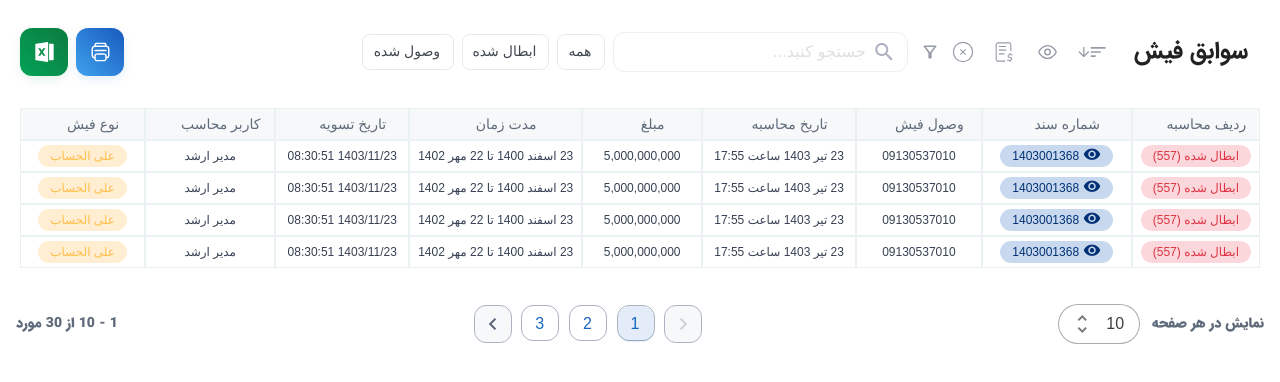
Repository: mobinazarein/data-table
Page: /
These files come from the project's save history. The page is drawn as it stood at one moment and after the next save; the edit follows.
The browser window is 1280 px wide. The pictures show the whole page.
Some web fonts or font styles are not loaded; a fallback is used. The project was rebuilt for these pictures with package versions that can differ from the ones it lists, and the page was loaded fresh each time. Also part of the build but not shown: vue.config.js.

Above is the page before, as saved 2025-03-26 10:02:33.

### public/index.html
<!DOCTYPE html>
<html lang="en" dir="rtl">
  <head>
    <meta charset="utf-8">
    <meta http-equiv="X-UA-Compatible" content="IE=edge">
    <meta name="viewport" content="width=device-width,initial-scale=1.0">
    <link rel="icon" href="<%= BASE_URL %>favicon.ico">
    <title><%= htmlWebpackPlugin.options.title %></title>
  </head>
  <body>
    <noscript>
      <strong>We're sorry but <%= htmlWebpackPlugin.options.title %> doesn't
        work properly without JavaScript enabled. Please enable it to
        continue.</strong>
    </noscript>
    <div id="app"></div>
    <!-- built files will be auto injected -->
  </body>
</html>

### src/App.vue
<template>
  <v-app dir="rtl">
    <v-locale-provider :rtl="true">
      <div dir="rtl">
        <DataTable :headers="pageData.headers" :items="pageData.items" :showExportButtons="true" :itemsPerPage="20"
          :showSearchBtn="true" :items-per-page="10" :customStyles="[
            { key: 'row', bgColor: '#FFEEF0', textColor: '#DC3545' },
            { key: 'documentNumber', bgColor: '#E4EFFF', textColor: '#013075', icon: 'mdi-eye', iconColor: '#013075', iconSize: '18px' },
            { key: 'receiptType', bgColor: '#FFBE4C26', textColor: '#FFBE4C' }
          ]" title="سوابق فیش" :iconComponent="'PauseIcon'" />
      </div>
    </v-locale-provider>
  </v-app>
</template>

<script setup>
import DataTable from './components/DataTable.vue';
import { ref } from 'vue';
const pageData = ref({
  headers: [
    { title: 'ردیف محاسبه', key: 'row', align: 'center', sortable: true, width: '121px' },
    { title: 'شماره سند', key: 'documentNumber', align: 'center', sortable: true, width: '165px' },
    { title: 'وصول فیش', key: 'receiptStatus', align: 'center', sortable: true, width: '139px' },
    { title: 'تاریخ محاسبه', key: 'calculationDate', align: 'center', sortable: true, width: '159px' },
    { title: 'مبلغ', key: 'amount', align: 'center', sortable: true, width: '139px' },
    { title: 'مدت زمان', key: 'duration', align: 'center', sortable: true, width: '165px' },
    { title: 'تاریخ تسویه', key: 'settlementDate', align: 'center', sortable: true, width: '139px' },
    { title: 'کاربر محاسب', key: 'user', align: 'center', sortable: true, width: '139px' },
    { title: 'نوع فیش', key: 'receiptType', align: 'center', sortable: true, width: '139px' }
  ],
  items: [
    {
      row: 'ابطال شده (557)',
      documentNumber: '1403001368',
      receiptStatus: '09130537010',
      calculationDate: '23 تیر 1403 ساعت 17:55',
      amount: '5,000,000,000',
      duration: '23 اسفند 1400 تا 22 مهر 1402',
      settlementDate: '1403/11/23 08:30:51',
      user: 'مدیر ارشد',
      receiptType: 'علی الحساب'
    },
    {
      row: 'ابطال شده (557)',
      documentNumber: '1403001368',
      receiptStatus: '09130537010',
      calculationDate: '23 تیر 1403 ساعت 17:55',
      amount: '5,000,000,000',
      duration: '23 اسفند 1400 تا 22 مهر 1402',
      settlementDate: '1403/11/23 08:30:51',
      user: 'مدیر ارشد',
      receiptType: 'علی الحساب'
    },
    {
      row: 'ابطال شده (557)',
      documentNumber: '1403001368',
      receiptStatus: '09130537010',
      calculationDate: '23 تیر 1403 ساعت 17:55',
      amount: '5,000,000,000',
      duration: '23 اسفند 1400 تا 22 مهر 1402',
      settlementDate: '1403/11/23 08:30:51',
      user: 'مدیر ارشد',
      receiptType: 'علی الحساب'
    }, {
      row: 'ابطال شده (557)',
      documentNumber: '1403001368',
      receiptStatus: '09130537010',
      calculationDate: '23 تیر 1403 ساعت 17:55',
      amount: '5,000,000,000',
      duration: '23 اسفند 1400 تا 22 مهر 1402',
      settlementDate: '1403/11/23 08:30:51',
      user: 'مدیر ارشد',
      receiptType: 'علی الحساب'
    }
  ]
}).value;
</script>
<style>
body {
  font-family: "IRANSans", sans-serif;
}
</style>

### src/assets/base.scss
// @import "./styles/fonts";

*,
*::before,
*::after {
  box-sizing: border-box;
  margin: 0;
  font-weight: normal;
  font-family: "IRANSans", sans-serif;
  letter-spacing: 0;
}

body {
  font-family: "IRANSans", sans-serif !important;
}
h1,
h2 {
  font-family: "IRANSans", sans-serif;
  font-weight: 700;
}
p {
  font-family: "IRANSans", sans-serif;
  font-weight: 400;
}

### src/assets/styles/_fonts.scss
@font-face {
  font-family: "IRANSans";
  src: url("/public/fonts/IRANSans.woff2") format("woff2");
  font-weight: 400;
  font-style: normal;
  font-display: swap;
}

@font-face {
  font-family: "IRANSans";
  src: url("/public/fonts/IRANSans_Black.woff2") format("woff2");
  font-weight: 500;
  font-style: normal;
  font-display: swap;
}

@font-face {
  font-family: "IRANSans";
  src: url("/public/fonts/IRANSans_Bold.woff2") format("woff2");
  font-weight: 800;
  font-style: normal;
  font-display: swap;
}

### src/assets/Icons/PaginationIcon.vue
<template>
    <svg width="36" height="48" viewBox="0 0 36 48" fill="none" xmlns="http://www.w3.org/2000/svg">
<path d="M9.79481 19.4529V28.5469M9.79481 28.5469L14.3418 23.9999M9.79481 28.5469L5.2478 23.9999" stroke="#969CA6" stroke-width="1.29915" stroke-linecap="round" stroke-linejoin="round"/>
<path d="M16.7693 28.9231H21.6924V27.282H16.7693V28.9231ZM16.7693 19.0769V20.7179H31.5385V19.0769H16.7693ZM16.7693 24.8205H26.6154V23.1795H16.7693V24.8205Z" fill="#969CA6"/>
</svg>
</template>

### src/assets/Icons/EyeIcon.vue
<template>
    <svg width="37" height="48" viewBox="0 0 37 48" fill="none" xmlns="http://www.w3.org/2000/svg">
<path d="M18.5 17.5833C21.4713 17.5833 24.0781 19.7396 25.7446 21.5522C26.4843 22.3568 26.8542 22.7591 26.979 23.5925C27.0096 23.7966 27.0096 24.2033 26.979 24.4073C26.8542 25.2407 26.4843 25.643 25.7446 26.4477C24.0781 28.2603 21.4713 30.4166 18.5 30.4166C15.5288 30.4166 12.922 28.2603 11.2555 26.4477C10.5158 25.643 10.1459 25.2407 10.0211 24.4073C9.99049 24.2033 9.99049 23.7966 10.0211 23.5925C10.1459 22.7591 10.5158 22.3568 11.2555 21.5522C12.922 19.7396 15.5288 17.5833 18.5 17.5833Z" stroke="#969CA6" stroke-width="1.375" stroke-linejoin="round"/>
<path d="M21.25 24C21.25 25.5188 20.0188 26.75 18.5 26.75C16.9812 26.75 15.75 25.5188 15.75 24C15.75 22.4812 16.9812 21.25 18.5 21.25C20.0188 21.25 21.25 22.4812 21.25 24Z" stroke="#969CA6" stroke-width="1.375" stroke-linejoin="round"/>
</svg>
</template>

### src/assets/Icons/InvoiceIcon.vue
<template>
    <svg width="35" height="48" viewBox="0 0 35 48" fill="none" xmlns="http://www.w3.org/2000/svg">
<path d="M26.6666 26.1999H23.9166V27.2999H26.6666V26.1999ZM23.9166 26.1999H23.4583V27.2999H23.9166V26.1999ZM23.4583 30.0499H24.375V28.9499H23.4583V30.0499ZM24.375 31.6999H23.9166V32.7999H24.375V31.6999ZM23.9166 31.6999H21.1666V32.7999H23.9166V31.6999ZM25.2 30.8749C25.2 31.3306 24.8306 31.6999 24.375 31.6999V32.7999C25.4381 32.7999 26.3 31.9381 26.3 30.8749H25.2ZM24.375 30.0499C24.8306 30.0499 25.2 30.4193 25.2 30.8749H26.3C26.3 29.8118 25.4381 28.9499 24.375 28.9499V30.0499ZM21.5333 28.1249C21.5333 29.1881 22.3951 30.0499 23.4583 30.0499V28.9499C23.0027 28.9499 22.6333 28.5806 22.6333 28.1249H21.5333ZM23.4583 26.1999C22.3951 26.1999 21.5333 27.0618 21.5333 28.1249H22.6333C22.6333 27.6693 23.0027 27.2999 23.4583 27.2999V26.1999ZM24.4666 26.7499V24.9166H23.3666V26.7499H24.4666ZM23.3666 32.2499V34.0833H24.4666V32.2499H23.3666ZM13.8333 15.3833H21.1666V14.2833H13.8333V15.3833ZM19.3333 32.6166H13.8333V33.7166H19.3333V32.6166ZM10.7166 29.4999V18.4999H9.61663V29.4999H10.7166ZM13.8333 32.6166C12.9535 32.6166 12.349 32.6154 11.8949 32.5544C11.4567 32.4954 11.2418 32.39 11.0925 32.2407L10.3147 33.0185C10.7024 33.4062 11.1881 33.5692 11.7483 33.6446C12.2928 33.7178 12.9846 33.7166 13.8333 33.7166V32.6166ZM9.61663 29.4999C9.61663 30.3486 9.61546 31.0405 9.68865 31.5849C9.76397 32.1451 9.92698 32.6308 10.3147 33.0185L11.0925 32.2407C10.9432 32.0914 10.8378 31.8766 10.7788 31.4383C10.7178 30.9842 10.7166 30.3797 10.7166 29.4999H9.61663ZM21.1666 15.3833C22.0464 15.3833 22.6509 15.3844 23.105 15.4455C23.5433 15.5044 23.7582 15.6099 23.9074 15.7591L24.6852 14.9813C24.2975 14.5936 23.8118 14.4306 23.2516 14.3553C22.7072 14.2821 22.0153 14.2833 21.1666 14.2833V15.3833ZM25.3833 18.4999C25.3833 17.6512 25.3845 16.9594 25.3113 16.415C25.2359 15.8547 25.0729 15.369 24.6852 14.9813L23.9074 15.7591C24.0567 15.9084 24.1622 16.1233 24.2211 16.5615C24.2821 17.0156 24.2833 17.6201 24.2833 18.4999H25.3833ZM13.8333 14.2833C12.9846 14.2833 12.2928 14.2821 11.7483 14.3553C11.1881 14.4306 10.7024 14.5936 10.3147 14.9813L11.0925 15.7591C11.2418 15.6099 11.4567 15.5044 11.8949 15.4455C12.349 15.3844 12.9535 15.3833 13.8333 15.3833V14.2833ZM10.7166 18.4999C10.7166 17.6201 10.7178 17.0156 10.7788 16.5615C10.8378 16.1233 10.9432 15.9084 11.0925 15.7591L10.3147 14.9813C9.92698 15.369 9.76397 15.8547 9.68865 16.415C9.61546 16.9594 9.61663 17.6512 9.61663 18.4999H10.7166ZM24.2833 18.4999V23.0833H25.3833V18.4999H24.2833ZM12.9166 19.0499H20.25V17.9499H12.9166V19.0499ZM12.9166 22.7166H20.25V21.6166H12.9166V22.7166ZM12.9166 26.3833H18.4166V25.2833H12.9166V26.3833Z" fill="#969CA6"/>
</svg>
</template>

### src/assets/Icons/CircleCross.vue
<template>
    <svg width="22" height="22" viewBox="0 0 21 20" fill="none" xmlns="http://www.w3.org/2000/svg">
        <path
            d="M7.90736 7.40719L13.0928 12.5926M13.0927 7.40719L7.90726 12.5926M19.6667 9.99992C19.6667 15.0625 15.5627 19.1666 10.5 19.1666C5.43743 19.1666 1.33337 15.0625 1.33337 9.99992C1.33337 4.93731 5.43743 0.833252 10.5 0.833252C15.5627 0.833252 19.6667 4.93731 19.6667 9.99992Z"
            stroke="#969CA6" stroke-width="1.1" />
    </svg>
</template>

### src/assets/Icons/FilterIcon.vue
<template>
    <svg width="20" height="20" viewBox="0 0 20 20" fill="none" xmlns="http://www.w3.org/2000/svg">
<path d="M5.90159 5.07682H14.1067L9.99595 10.246L5.90159 5.07682ZM3.64518 4.75682C5.30262 6.88194 8.36313 10.8204 8.36313 10.8204V15.7435C8.36313 16.1948 8.73236 16.564 9.18364 16.564H10.8247C11.276 16.564 11.6452 16.1948 11.6452 15.7435V10.8204C11.6452 10.8204 14.6975 6.88194 16.3549 4.75682C16.7734 4.21528 16.3877 3.43579 15.7067 3.43579H4.29339C3.61236 3.43579 3.22672 4.21528 3.64518 4.75682Z" fill="#969CA6"/>
</svg>
</template>

### src/assets/Icons/PrinterIcon.vue
<template>
    <svg
      width="23"
      height="24"
      viewBox="0 0 23 24"
      fill="none"
      xmlns="http://www.w3.org/2000/svg"
      :style="{ color: iconColor }"
    >
      <path
        d="M6 10.5641H17M6 17.7447V17.7447C5.66891 17.7447 5.50337 17.7447 5.36418 17.7283C4.26359 17.599 3.39569 16.7311 3.26636 15.6305C3.25 15.4913 3.25 15.3257 3.25 14.9947V10.5641C3.25 8.76909 3.25 7.87158 3.70712 7.24241C3.85475 7.03921 4.03345 6.86052 4.23664 6.71289C4.86582 6.25577 5.76332 6.25577 7.55833 6.25577H15.4417C17.2367 6.25577 18.1342 6.25577 18.7634 6.71289C18.9666 6.86052 19.1452 7.03921 19.2929 7.24241C19.75 7.87158 19.75 8.76909 19.75 10.5641V14.9947C19.75 15.3257 19.75 15.4913 19.7336 15.6305C19.6043 16.7311 18.7364 17.599 17.6358 17.7283C17.4966 17.7447 17.3311 17.7447 17 17.7447V17.7447M6 17.7447V17.7447C6 18.6368 6 19.0829 6.14576 19.4348C6.3401 19.904 6.71286 20.2768 7.18205 20.4711C7.53393 20.6169 7.98003 20.6169 8.87222 20.6169H14.1278C15.02 20.6169 15.4661 20.6169 15.818 20.4711C16.2871 20.2768 16.6599 19.904 16.8542 19.4348C17 19.0829 17 18.6368 17 17.7447V17.7447M6 17.7447V17.3617C6 15.9257 6 15.2077 6.3657 14.7043C6.4838 14.5418 6.62676 14.3988 6.78931 14.2807C7.29265 13.915 8.01066 13.915 9.44667 13.915H13.5533C14.9893 13.915 15.7073 13.915 16.2107 14.2807C16.3732 14.3988 16.5162 14.5418 16.6343 14.7043C17 15.2077 17 15.9257 17 17.3617V17.7447M17 6.25577V6.25577C17 5.36358 17 4.91748 16.8542 4.56559C16.6599 4.09641 16.2871 3.72364 15.818 3.5293C15.4661 3.38354 15.02 3.38354 14.1278 3.38354H8.87222C7.98003 3.38354 7.53393 3.38354 7.18205 3.5293C6.71286 3.72364 6.3401 4.09641 6.14576 4.56559C6 4.91748 6 5.36358 6 6.25577V6.25577H17Z"
        stroke="currentColor"
        stroke-width="1.43611"
        stroke-linecap="round"
        stroke-linejoin="round"
      />
    </svg>
  </template>

  <script setup>
  import { defineProps } from 'vue';

  defineProps({
    iconColor: {
      type: String,
      default: 'white',
    },
  });
  </script>

### src/assets/Icons/ExcelIcon.vue
<template>
    <svg
      width="23"
      height="22"
      viewBox="0 0 23 22"
      fill="none"
      xmlns="http://www.w3.org/2000/svg"
      :style="{ color: iconColor }"
    >
      <g clip-path="url(#clip0_397_6997)">
        <path
          d="M3.12085 2.63712L14.6434 0.991705C14.7084 0.982376 14.7747 0.987136 14.8377 1.00566C14.9007 1.02419 14.959 1.05604 15.0087 1.09908C15.0583 1.14211 15.0981 1.19531 15.1254 1.25507C15.1527 1.31483 15.1668 1.37976 15.1668 1.44546V20.5543C15.1668 20.6199 15.1527 20.6847 15.1254 20.7444C15.0982 20.8041 15.0585 20.8573 15.009 20.9003C14.9594 20.9433 14.9012 20.9752 14.8383 20.9938C14.7754 21.0124 14.7092 21.0172 14.6443 21.008L3.11994 19.3626C2.90142 19.3315 2.70147 19.2226 2.55682 19.0559C2.41216 18.8892 2.33252 18.6758 2.33252 18.4551V3.54462C2.33252 3.3239 2.41216 3.11059 2.55682 2.94388C2.70147 2.77716 2.90234 2.66824 3.12085 2.63712ZM16.0834 2.74987H19.7501C19.9932 2.74987 20.2264 2.84645 20.3983 3.01836C20.5702 3.19027 20.6668 3.42342 20.6668 3.66654V18.3332C20.6668 18.5763 20.5702 18.8095 20.3983 18.9814C20.2264 19.1533 19.9932 19.2499 19.7501 19.2499H16.0834V2.74987ZM9.8501 10.9999L12.4168 7.33321H10.2168L8.7501 9.42871L7.28344 7.33321H5.08344L7.6501 10.9999L5.08344 14.6665H7.28344L8.7501 12.571L10.2168 14.6665H12.4168L9.8501 10.9999Z"
          fill="currentColor"
        />
      </g>
      <defs>
        <clipPath id="clip0_397_6997">
          <rect width="22" height="22" fill="white" transform="translate(0.5)" />
        </clipPath>
      </defs>
    </svg>
  </template>

  <script setup>
  import { defineProps } from 'vue';

  defineProps({
    iconColor: {
      type: String,
      default: 'white',
    },
  });
  </script>

### src/assets/Icons/PauseIcon.vue
<template>
    <svg width="24" height="24" viewBox="0 0 24 24" fill="none" xmlns="http://www.w3.org/2000/svg">
        <path d="M8 6V18M16 6V8M16 18V11" stroke="#ADB0B4" stroke-width="1.5" stroke-linecap="round"
            stroke-linejoin="round" />
    </svg>
</template>

Loaded but not shown: src/plugins/vuetify.js (17 lines, source omitted); src/main.js (9 lines, source omitted); src/components/DataTable.vue (432 lines, source omitted)

After the next save:
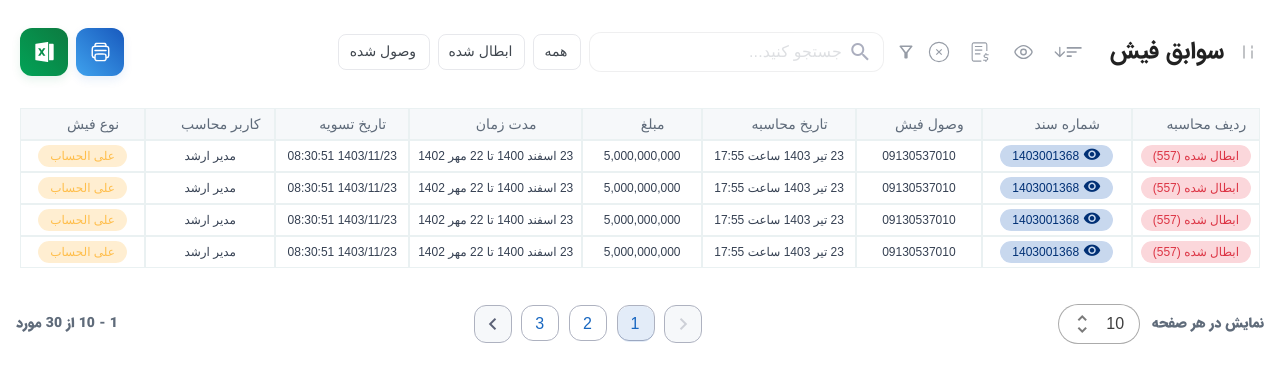
Saved 56 s later.
--- a/src/App.vue
+++ b/src/App.vue
@@ -7,7 +7,7 @@
             { key: 'row', bgColor: '#FFEEF0', textColor: '#DC3545' },
             { key: 'documentNumber', bgColor: '#E4EFFF', textColor: '#013075', icon: 'mdi-eye', iconColor: '#013075', iconSize: '18px' },
             { key: 'receiptType', bgColor: '#FFBE4C26', textColor: '#FFBE4C' }
-          ]" title="سوابق فیش" :iconComponent="'PauseIcon'" />
+          ]" title="سوابق فیش" :iconComponent="PauseIcon" />
       </div>
     </v-locale-provider>
   </v-app>
@@ -15,6 +15,7 @@
 
 <script setup>
 import DataTable from './components/DataTable.vue';
+import PauseIcon from './assets/Icons/PauseIcon.vue'
 import { ref } from 'vue';
 const pageData = ref({
   headers: [
